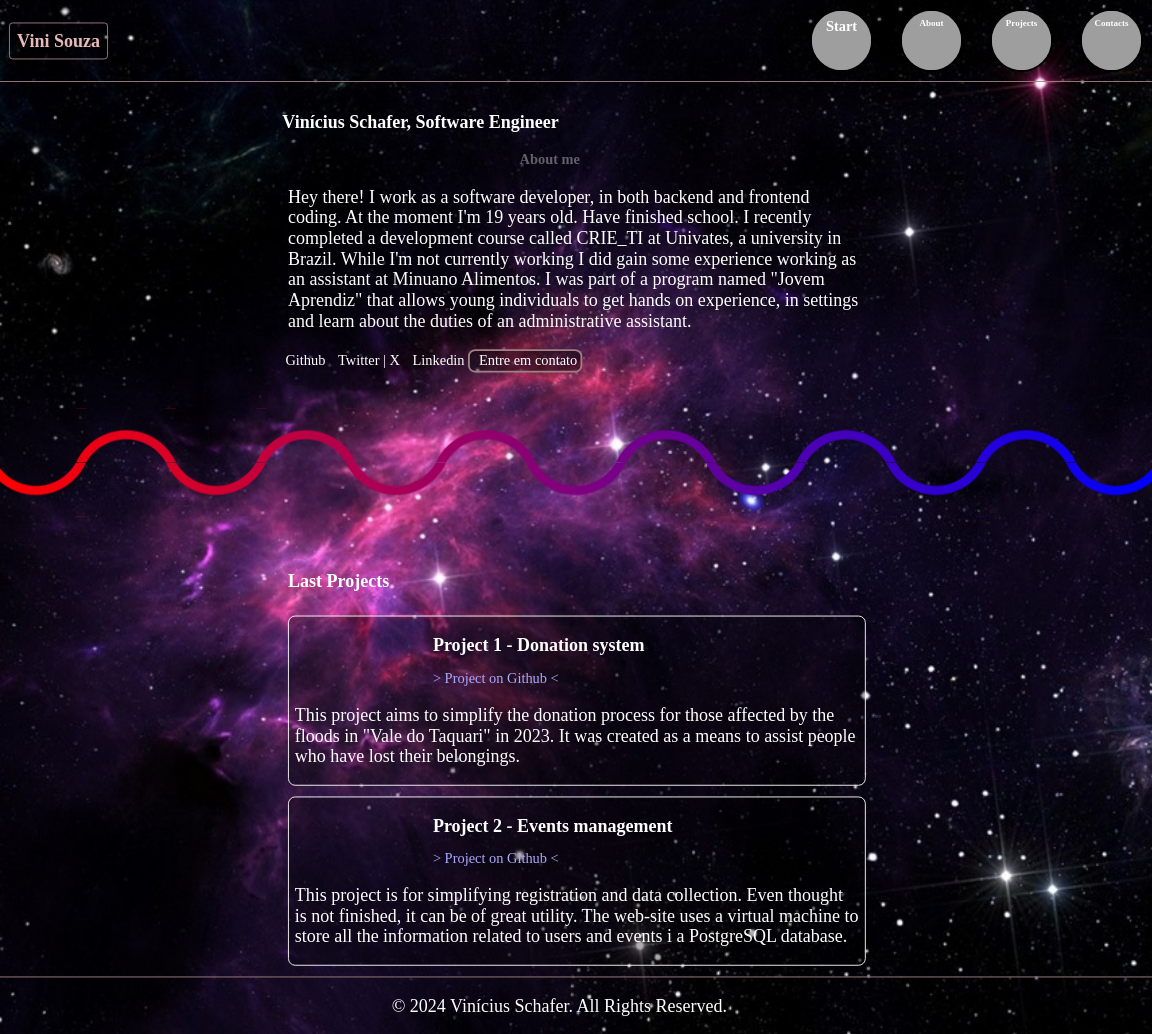
Repository: ViniSouza32/ViniSouza32.github.io
Page: index.html
An editor plug-in stored every save of this project. The page is shown before and after the next save, followed by the edit.
The browser window is 1280 px wide. The pictures show the whole page, at 90% of full size.
Pictures or frames that could not be fetched are drawn as grey boxes.

Above is the page before, as saved 2024-08-26 01:05:35.

After the next save:
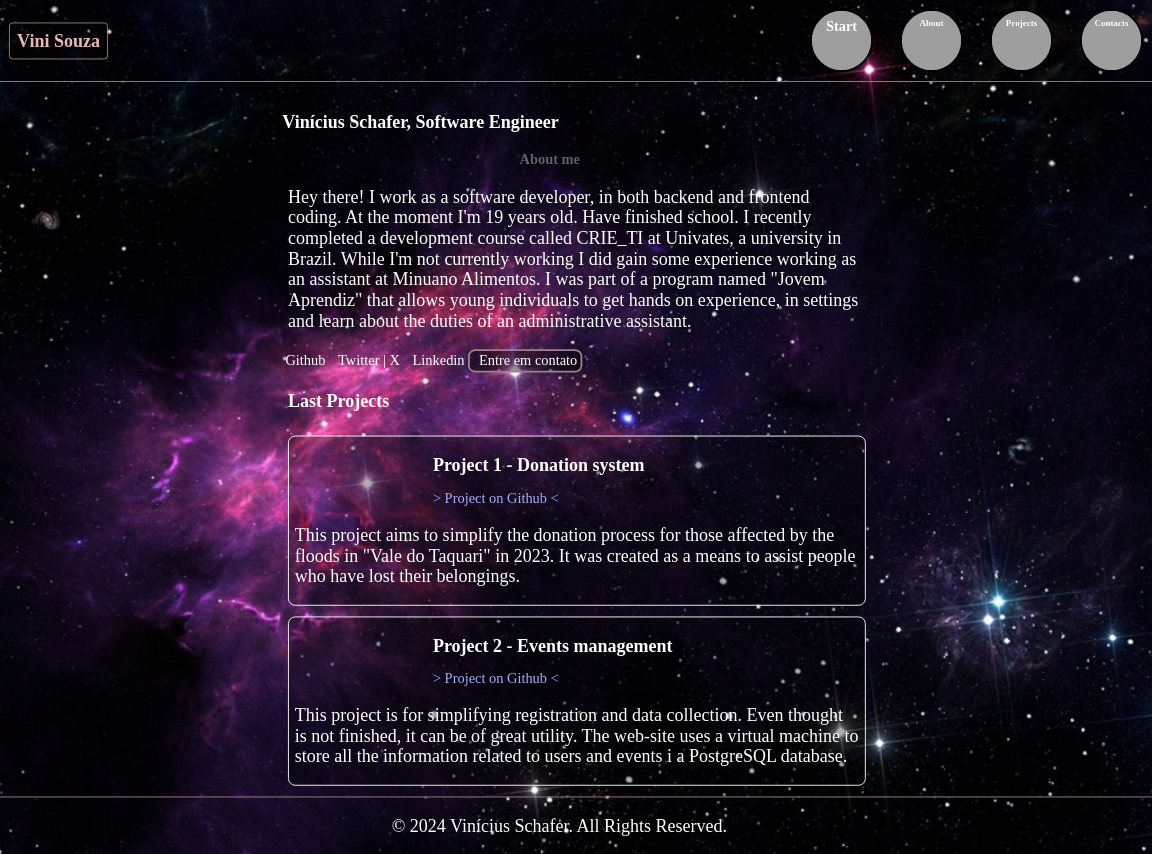
Saved 84 s later.
--- a/styles.css
+++ b/styles.css
@@ -190,7 +190,7 @@
       calc(50% + var(--size) / 2 + var(--b) / 2) / calc(4 * var(--size))
       calc(var(--size) + var(--b)) repeat-x;
   background: linear-gradient(90deg, red, blue);
-  height: 200px;
+  height: 10hv;
 }
 
 .container-projects {

After the save that followed:
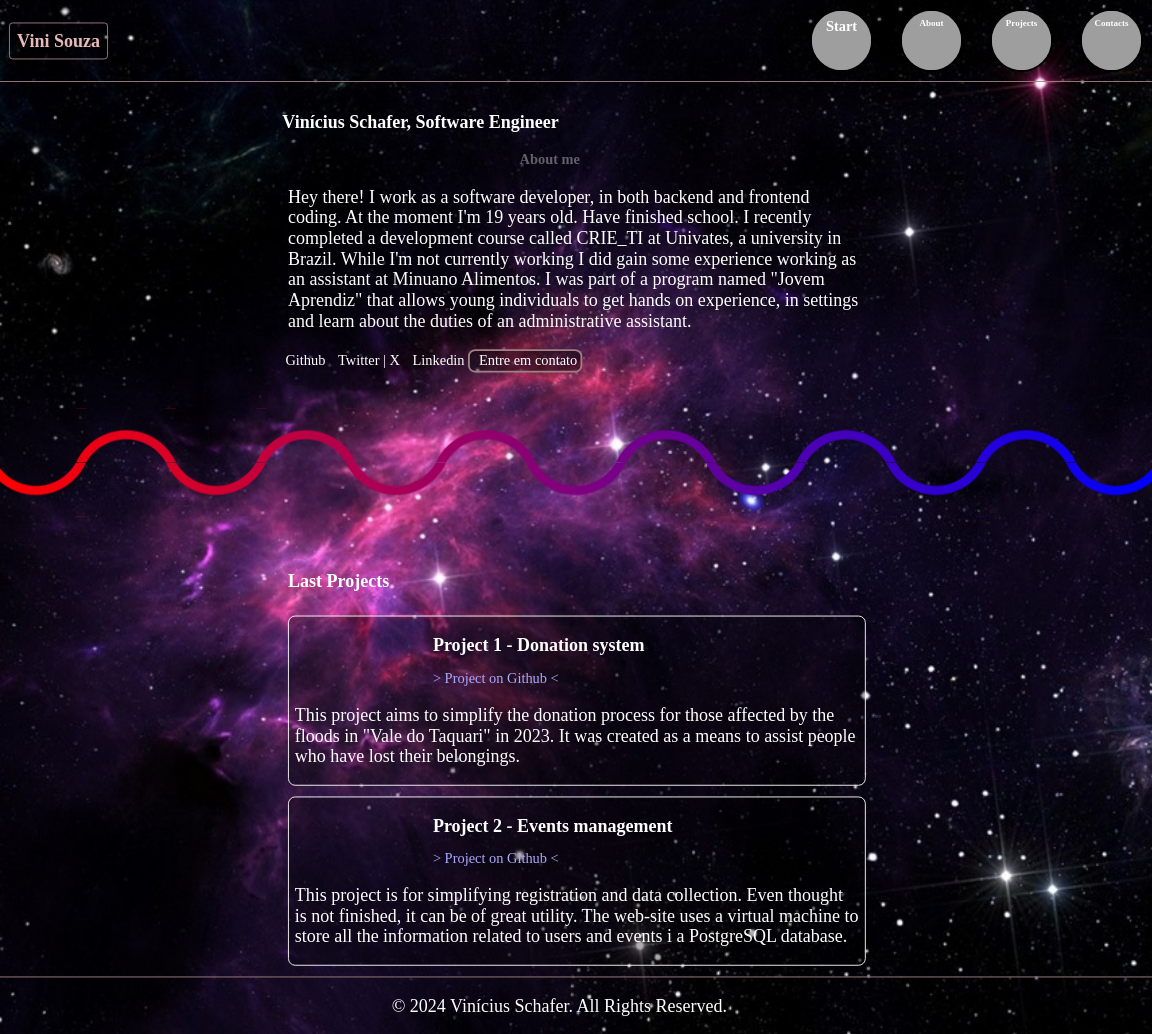
Saved 11 s later.
--- a/styles.css
+++ b/styles.css
@@ -190,7 +190,7 @@
       calc(50% + var(--size) / 2 + var(--b) / 2) / calc(4 * var(--size))
       calc(var(--size) + var(--b)) repeat-x;
   background: linear-gradient(90deg, red, blue);
-  height: 10hv;
+  height: 200px;
 }
 
 .container-projects {
